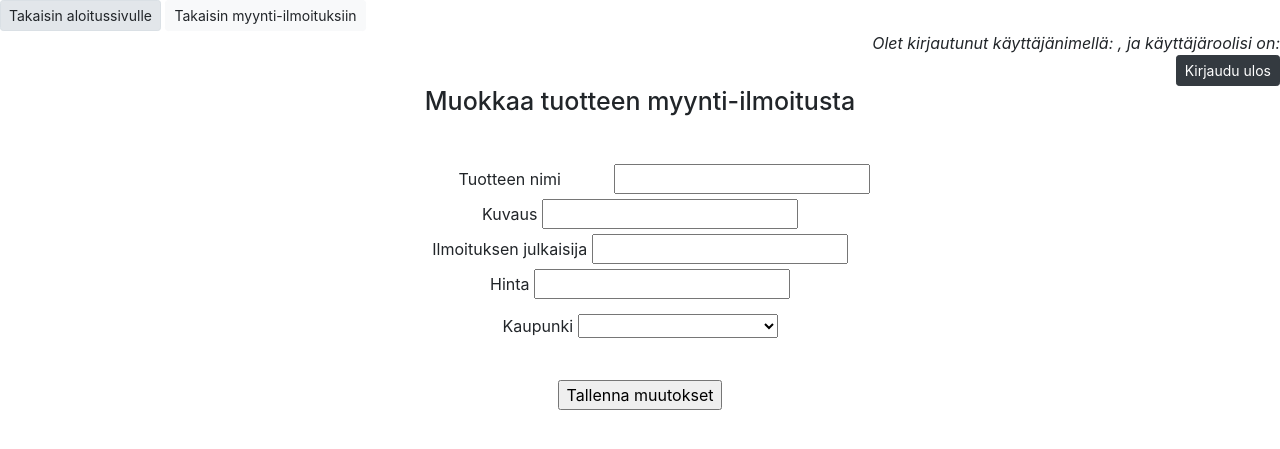
Repository: LiljestromNadja/Backend_s2023_harjoitustyo
Page: http://localhost/editArticle
The author's editor kept a copy of each file at every save. The page is drawn from the files as they stood at one save, then again after the next save.
The browser window is 1280 px wide. The pictures show the whole page.
The page is this project's Thymeleaf template; nobody is signed in. The template is opened directly, without the code that normally fills it, so the values that code supplies are empty.

Above is the page before, as saved 2023-11-10 16:44:53.

### harkkas23v01/src/main/resources/templates/editArticle.html
<!DOCTYPE HTML>
<html xmlns:th="http://www.thymeleaf.org">
	<head>
	    <title>Muokkaa ilmoitusta</title>
	    <meta http-equiv="Content-Type" content="text/html; charset=UTF-8" />
	    <!-- Bootstrap-linkki vaihdettu tähän 04-10-2023 -->
	<link rel="stylesheet" href="https://cdn.jsdelivr.net/npm/bootstrap@4.0.0/dist/css/bootstrap.min.css" integrity="sha384-Gn5384xqQ1aoWXA+058RXPxPg6fy4IWvTNh0E263XmFcJlSAwiGgFAW/dAiS6JXm" crossorigin="anonymous"> <!-- Lisättiin tyyli, bootstrap 4.0 -->
	<!-- Lisättiin tyyli, bootstrap 4.0 -->
	</head>
	<body>
			<a href="/index"><button class="text-left btn btn-light btn-sm">Takaisin aloitussivulle</button></a>
			<a href="/articlelist"><button	class="text-left btn btn-light btn-sm">Takaisin myynti-ilmoituksiin</button></a>

		<div class="text-right">
			<i>Olet kirjautunut käyttäjänimellä: <b sec:authentication="name"></b>,	ja käyttäjäroolisi on: <b sec:authentication="principal.authorities"></b>
			</i>
			<br>
			<form class="text-right" th:action="@{/logout}" method="post">
				<input type="submit" value="Kirjaudu ulos" class="btn btn-sm btn-dark" />
			</form>
		</div>

		<h1 style="text-align: center;font-size: 25px"> Muokkaa tuotteen myynti-ilmoitusta</h1>

		<div style="clear: both; display: block; height: 40px;"></div>


		<div style="text-align: center;">
		<form th:object="${article}" th:action="@{../save}" action="#" method="post"> <!-- Tässä menee @{/save} -->

			  	<input type="hidden" id="id" th:field="*{id}" /><!-- muokatessa id:n täytyy mennä mukana backendin puolelle, ettei luoda uutta articlea -->
			  	<div>
			  	<label style="width: 200px">Tuotteen nimi</label>
				<input type="text" th:field="*{title}" />
				</div>
				<div>
			  	<label>Kuvaus</label>
			  	<input type="text" th:field="*{description}" />
				</div>
				<div>
			  	<label>Ilmoituksen julkaisija</label>
				<input type="text" th:field="*{publisher}" />
				</div>
<!-- 			<div>
		  		<label>Ilmoitus jätetty</label>
				<input type="text" th:field="*{dateadded}" />
				</div> Käyttäjä ei syötä tätä tietoa-->
				<div>
			  	<label>Hinta</label>
				<input type="number" th:field="*{price}" step="0.01"  />
				</div>
				<div style="clear: both; display: block; height: 10px;"></div>
			  	<label for="citylist">Kaupunki</label>
				 <select style="text-align: center; width: 200px" id="citylist" th:field="*{city}" >
	       			<option th:each="city: ${cities}" th:value="${city.cityid}" th:text="${city.name}"></option>
	    		</select>
	 	  		<div>
	<!--		<label>User id</label> <!--article.applicationuserid kulkee piilossa -->
				<input type="hidden" th:field="*{applicationuser.id}" />
				</div>
	     		<div style="clear: both; display: block; height: 10px;"></div>

	<!-- 		<label for="appuserlist">User</label><!-- Lisätty 20102023, käyttäjien listaus, jos on tarkoitus päästä muokkaan kirjan lisääjää muista muuttaa myös Controller -->
	<!--  		<select id="appuserlist" th:field="*{applicationuser}" class="form-control">
	       			<option th:each="applicationuser: ${applicationusers}" th:value="${applicationuser.id}" th:text="${applicationuser.username}"></option>
	    		</select> -->
				<br>

				<input type="submit" value="Tallenna muutokset"></input>
			</form>

		</div>


	</body>
</html>

After the next save:
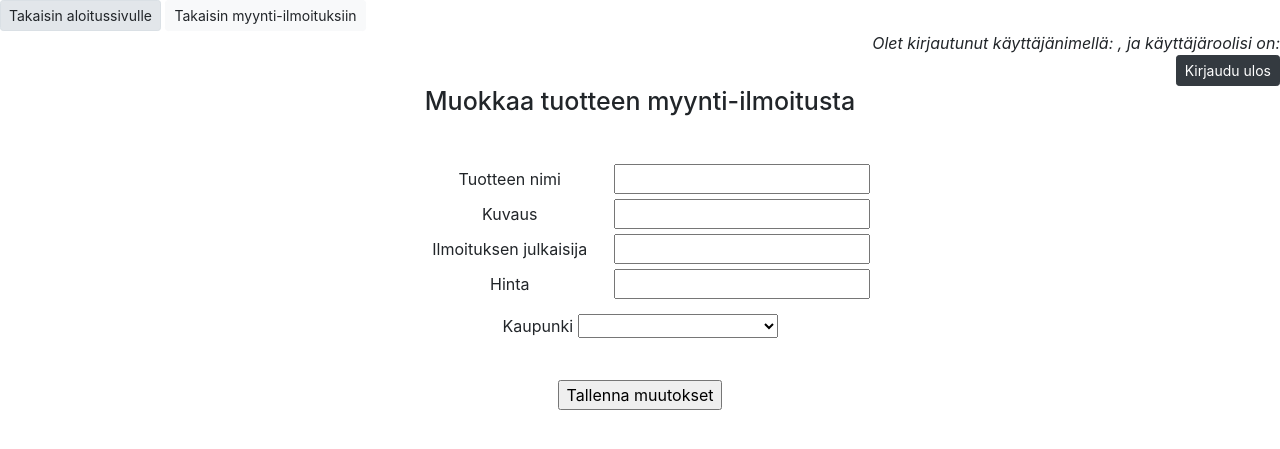
Saved 21 s later.
--- a/harkkas23v01/src/main/resources/templates/editArticle.html
+++ b/harkkas23v01/src/main/resources/templates/editArticle.html
@@ -34,11 +34,11 @@
 				<input type="text" th:field="*{title}" />
 				</div>
 				<div>
-			  	<label>Kuvaus</label>
+			  	<label style="width: 200px">Kuvaus</label>
 			  	<input type="text" th:field="*{description}" />
 				</div>
 				<div>
-			  	<label>Ilmoituksen julkaisija</label>
+			  	<label style="width: 200px">Ilmoituksen julkaisija</label>
 				<input type="text" th:field="*{publisher}" />
 				</div>
 <!-- 			<div>
@@ -46,7 +46,7 @@
 				<input type="text" th:field="*{dateadded}" />
 				</div> Käyttäjä ei syötä tätä tietoa-->
 				<div>
-			  	<label>Hinta</label>
+			  	<label style="width: 200px">Hinta</label>
 				<input type="number" th:field="*{price}" step="0.01"  />
 				</div>
 				<div style="clear: both; display: block; height: 10px;"></div>
